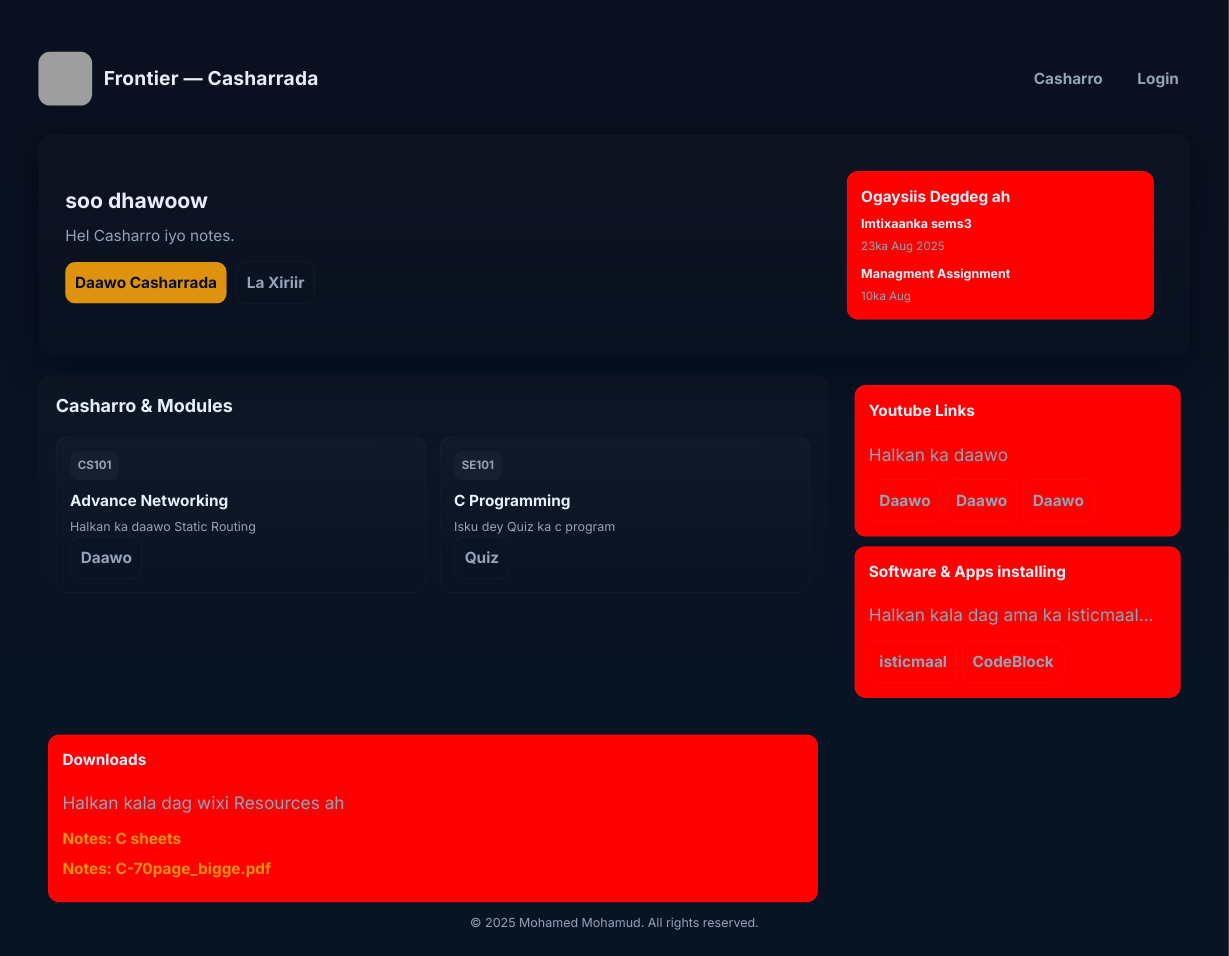
Repository: mrfiiqane/Al-Tacaawun.com
Page: index.html
These files come from the project's save history. The page is drawn as it stood at one moment and after the next save; the edit follows.
The browser window is 1280 px wide. The pictures show the whole page, at 96% of full size.
Pictures or frames that could not be fetched are drawn as grey boxes.

Above is the page before, as saved 2025-08-12 10:43:38.

After the next save:
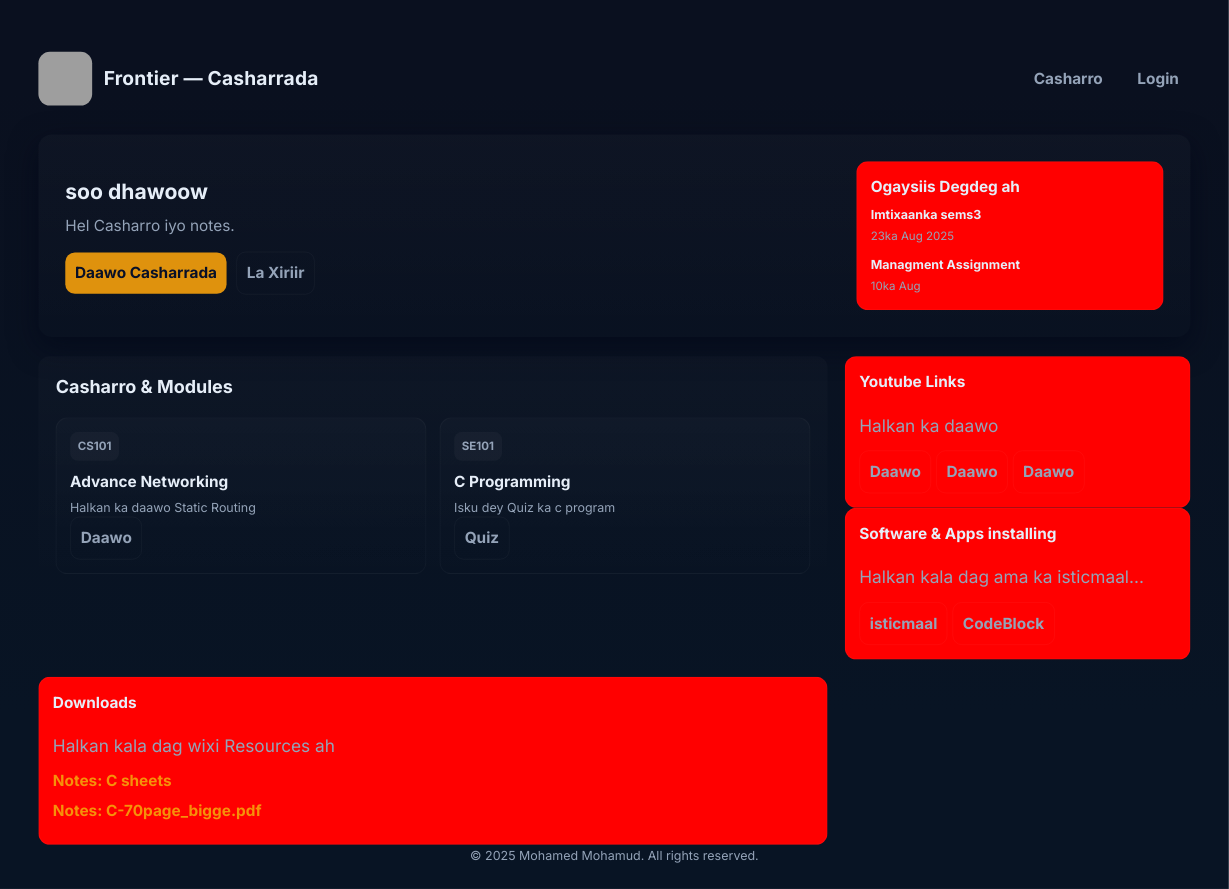
Saved 4 s later.
--- a/style.css
+++ b/style.css
@@ -77,7 +77,7 @@
 
     /* Hero */
     .hero{
-      background: linear-gradient(180deg, rgba(187, 160, 160, 0.02), transparent);
+      background: linear-gradient(180deg, rgba(255,255,255,0.02), transparent);
       border-radius: var(--radius);
       padding:28px;
       display:flex;
@@ -158,7 +158,7 @@
       padding:14px;
       border-radius:12px;
       border:1px solid rgba(255,255,255,0.03);
-      margin: 10px;
+      margin: 0px;
     }
     .ann-list{ list-style:none; margin:0; padding:0; display:flex; flex-direction:column; gap:10px }
     .ann{

After the save that followed:
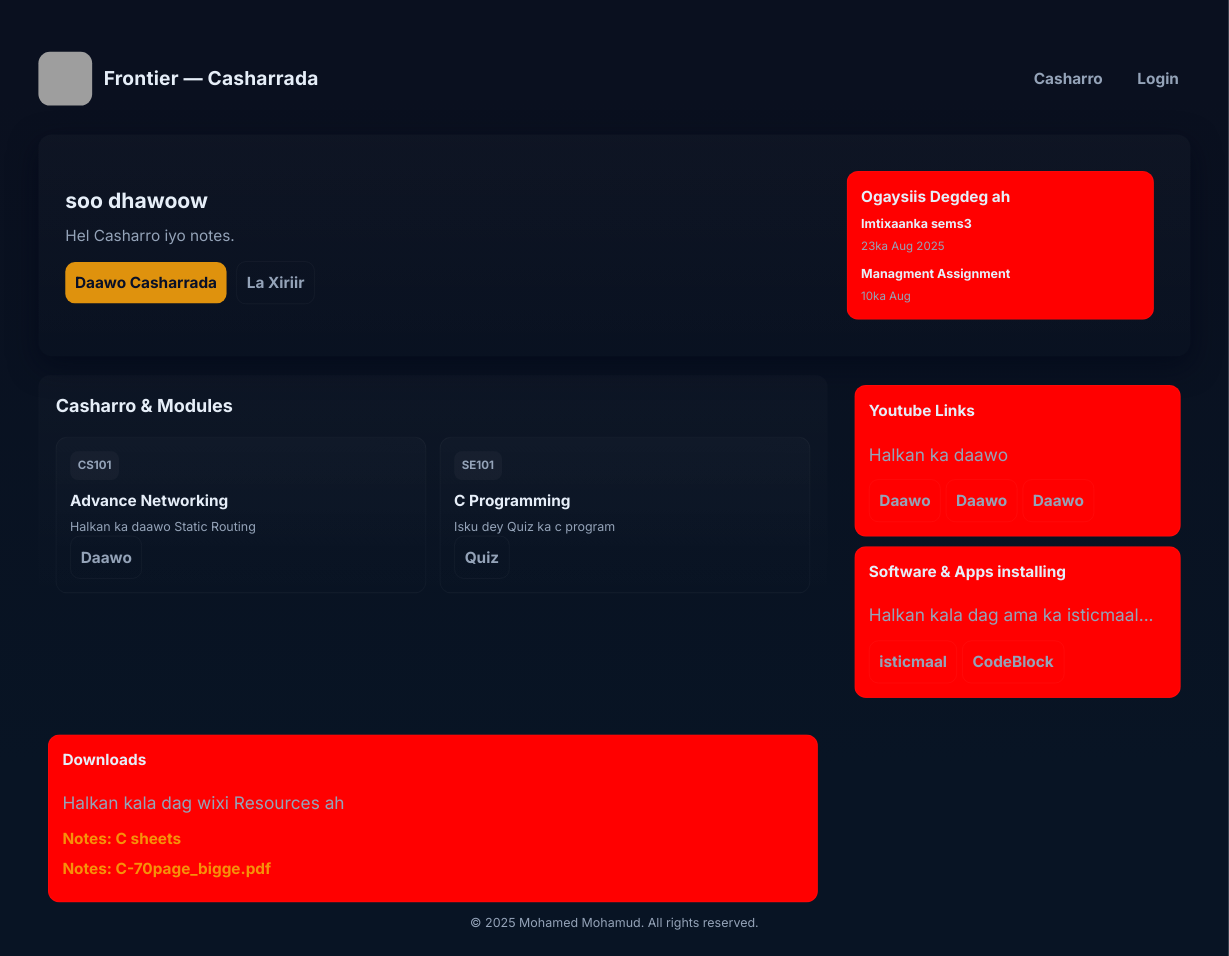
Saved 5 s later.
--- a/style.css
+++ b/style.css
@@ -158,7 +158,7 @@
       padding:14px;
       border-radius:12px;
       border:1px solid rgba(255,255,255,0.03);
-      margin: 0px;
+      margin: 10px;
     }
     .ann-list{ list-style:none; margin:0; padding:0; display:flex; flex-direction:column; gap:10px }
     .ann{
